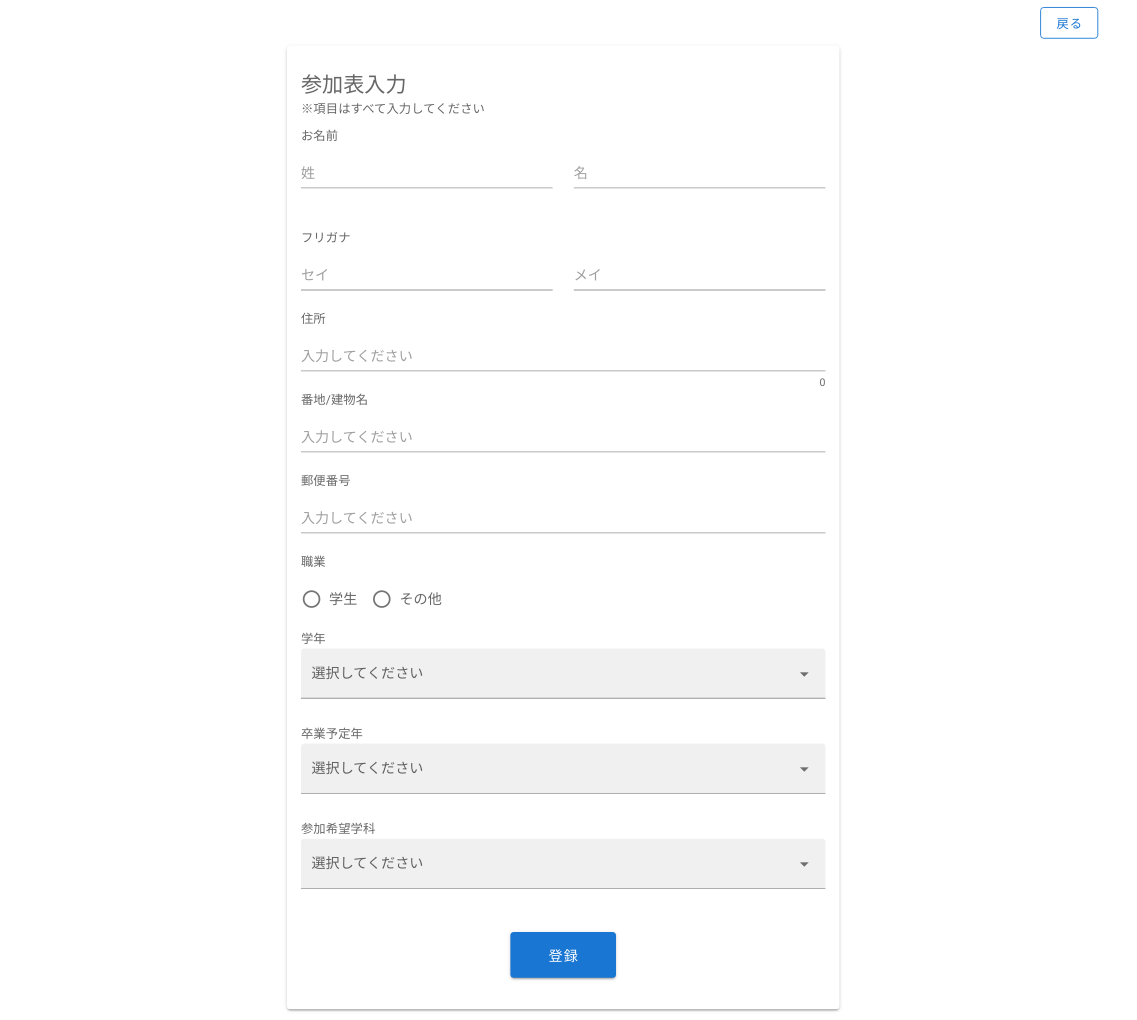
Repository: taniwhy/open-campus-system
Page: /#/register (app in client_view/)
An editor plug-in stored every save of this project. The page is shown before and after the next save, followed by the edit.
The browser window is 1280 px wide. The page is 1292 px wide, so the pictures cover 1292 px, including what lies to the right of the window. The pictures show the whole page, at 88% of full size.
The project was rebuilt for these pictures with package versions that can differ from the ones it lists, and the page was loaded fresh each time. Also part of the build but not shown: client_view/vue.config.js, client_view/src/components/Home.vue, client_view/src/components/Login.vue, client_view/src/components/Branch.vue.

Above is the page before, as saved 2019-11-28 10:29:57.

After the next save:
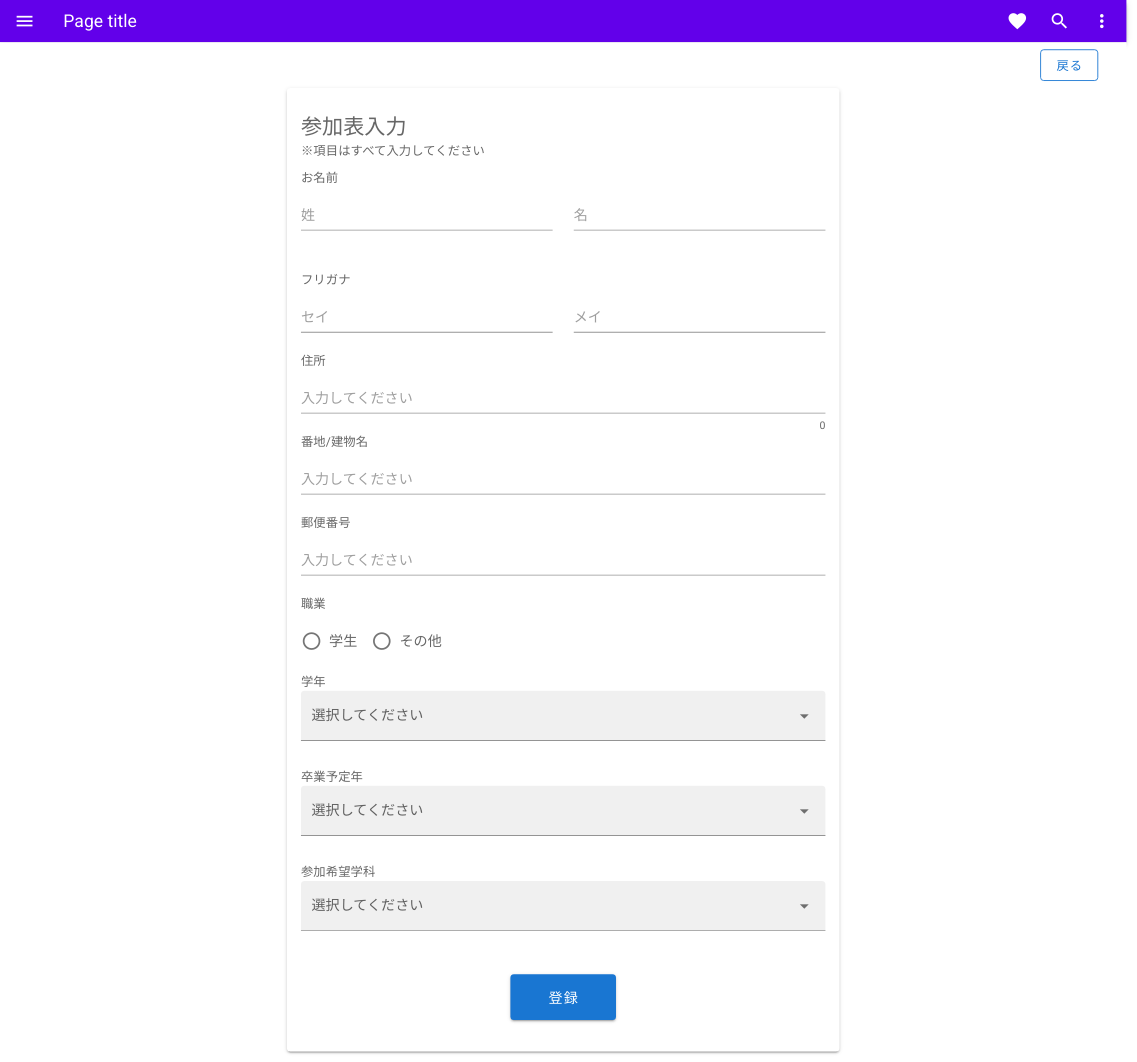
Saved 8 min 32 s later.
--- a/client_view/src/App.vue
+++ b/client_view/src/App.vue
@@ -1,5 +1,36 @@
 <template>
   <v-app>
+    <div>
+      <v-app-bar color="deep-purple accent-4" dense dark>
+        <v-app-bar-nav-icon></v-app-bar-nav-icon>
+
+        <v-toolbar-title>Page title</v-toolbar-title>
+
+        <v-spacer></v-spacer>
+
+        <v-btn icon>
+          <v-icon>mdi-heart</v-icon>
+        </v-btn>
+
+        <v-btn icon>
+          <v-icon>mdi-magnify</v-icon>
+        </v-btn>
+
+        <v-menu left bottom>
+          <template v-slot:activator="{ on }">
+            <v-btn icon v-on="on">
+              <v-icon>mdi-dots-vertical</v-icon>
+            </v-btn>
+          </template>
+
+          <v-list>
+            <v-list-item v-for="n in 5" :key="n" @click="() => {}">
+              <v-list-item-title>Option {{ n }}</v-list-item-title>
+            </v-list-item>
+          </v-list>
+        </v-menu>
+      </v-app-bar>
+    </div>
     <v-content>
       <router-view></router-view>
     </v-content>
@@ -8,13 +39,12 @@
 
 <script>
 export default {
-  name: 'App',
+  name: "App",
 
-  components: {
-  },
+  components: {},
 
   data: () => ({
     //
-  }),
+  })
 };
 </script>
